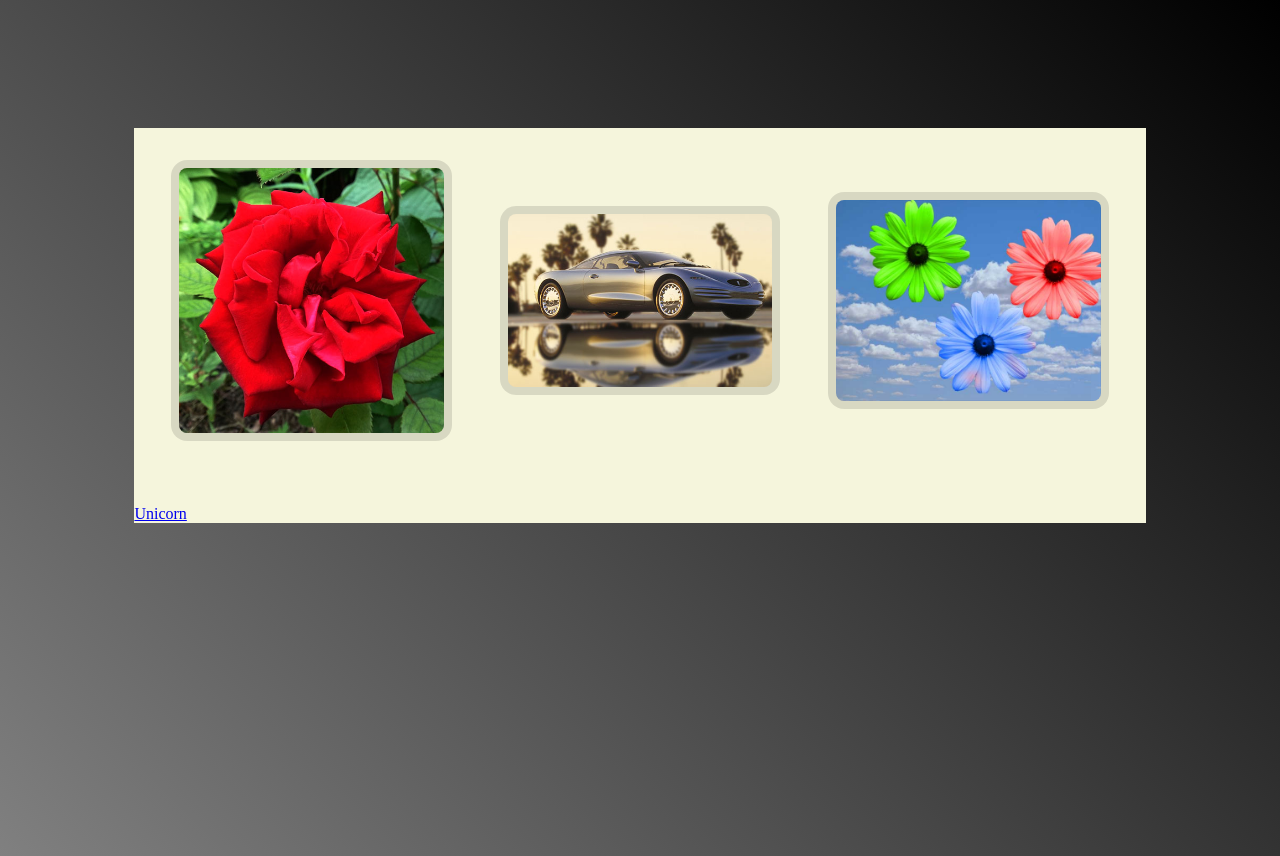
Repository: ViggoSkj/VGY
Page: ovningar/photoshopovning/photoshopovning.html
These files come from the project's save history. The page is drawn as it stood at one moment and after the next save; the edit follows.
The browser window is 1280 px wide. The pictures show the whole page.

Above is the page before, as saved 2022-11-27 12:11:17.

After the next save:
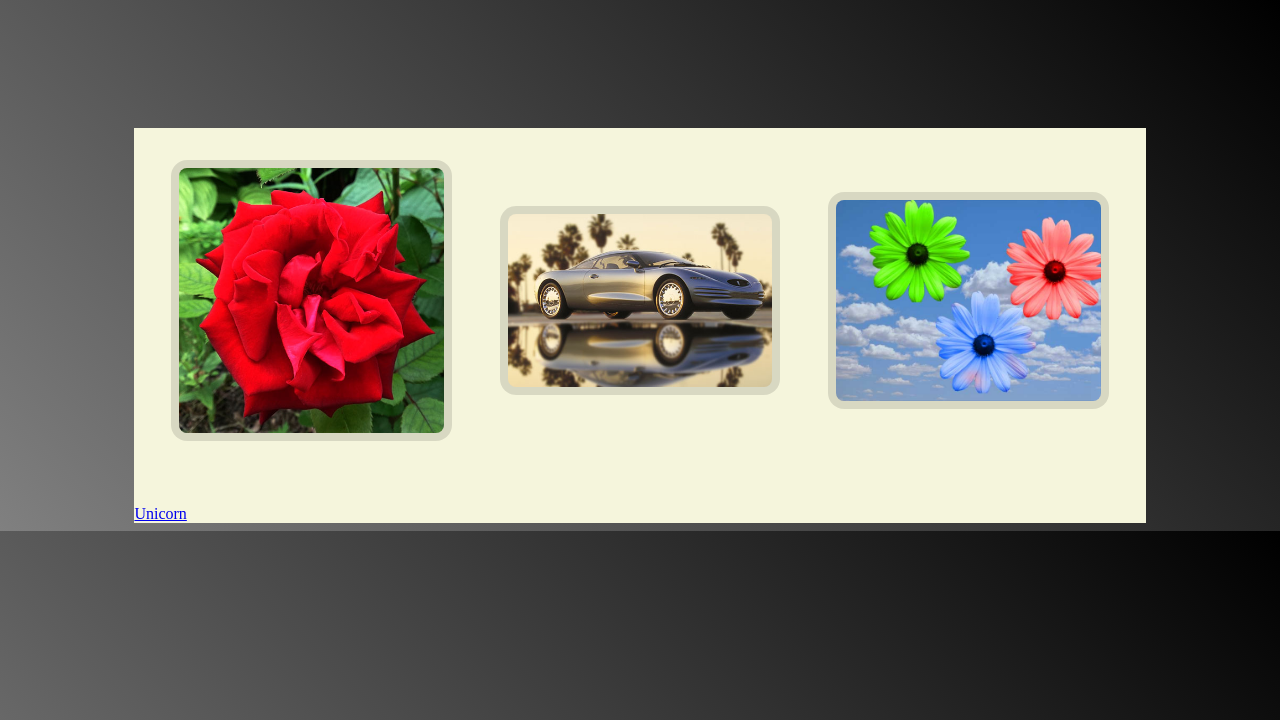
Saved 8 s later.
--- a/ovningar/photoshopovning/public/css/style.css
+++ b/ovningar/photoshopovning/public/css/style.css
@@ -1,7 +1,7 @@
 body
 {
     background-image: linear-gradient(45deg, gray, black);
-    height: 100vh;
+    height: 100%;
 }
 
 .container

After the 2 saves that followed:
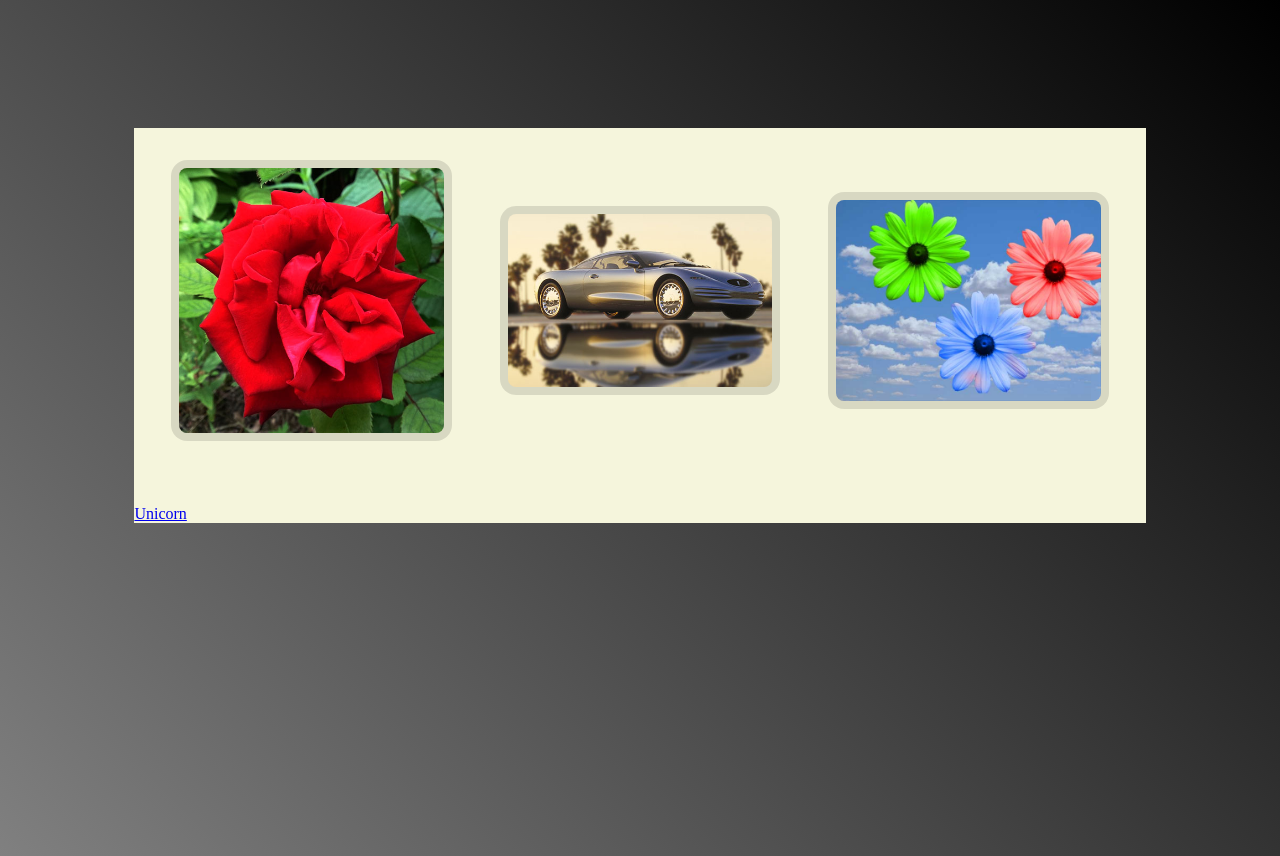
The 2 saves are shown as one change because they came seconds apart.
The last was saved 17 s later.
--- a/ovningar/photoshopovning/public/css/style.css
+++ b/ovningar/photoshopovning/public/css/style.css
@@ -1,7 +1,7 @@
 body
 {
     background-image: linear-gradient(45deg, gray, black);
-    height: 100%;
+    height: 100vh;
 }
 
 .container
